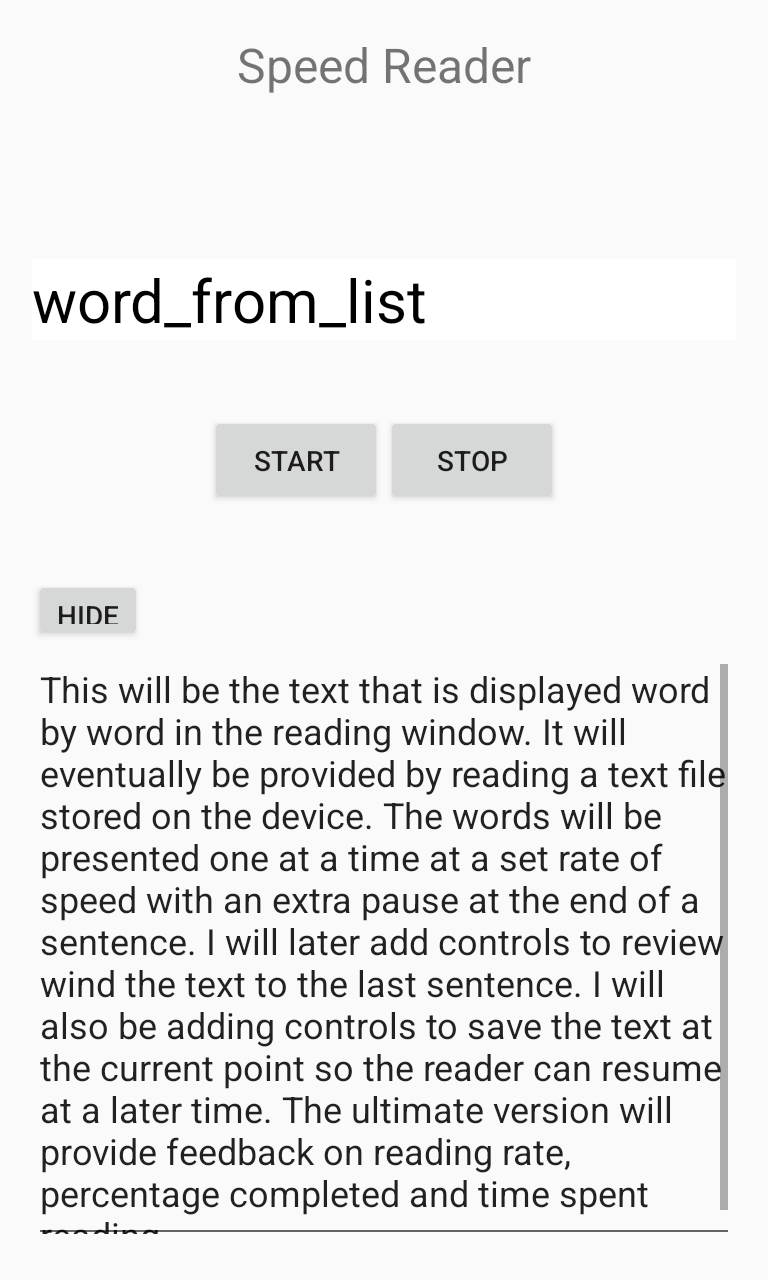
Repository: hdemby/workspace
Layout: SpeedReader/res/layout/activity_main.xml
These files come from the project's save history. The layout is drawn as it stood at one moment and after the next save; the edit follows.
It is drawn on a 768 x 1280 px phone screen (xhdpi) without system bars, with theme AppTheme; the app's code is not run. The app's manifest (not shown) leaves right-to-left support off. So textAlignment, textDirection and layoutDirection are ignored, and left and right values win over start and end ones.

Above is the layout before, as saved 2014-12-03 19:02:20.

### SpeedReader/res/layout/activity_main.xml
<RelativeLayout xmlns:android="http://schemas.android.com/apk/res/android"
    xmlns:tools="http://schemas.android.com/tools"
    android:layout_width="wrap_content"
    android:layout_height="wrap_content"
    android:paddingBottom="@dimen/activity_vertical_margin"
    android:paddingLeft="@dimen/activity_horizontal_margin"
    android:paddingRight="@dimen/activity_horizontal_margin"
    android:paddingTop="@dimen/activity_vertical_margin"
    tools:context="coursera.speedreader.MainActivity" >

    <LinearLayout
        android:id="@+id/linearLayout1"
        android:layout_width="wrap_content"
        android:layout_height="wrap_content"
        android:layout_centerHorizontal="true"
        android:layout_marginTop="154dp"
        android:orientation="vertical" >
    </LinearLayout>

    <LinearLayout
        android:id="@+id/linearLayout3"
        android:layout_width="wrap_content"
        android:layout_height="wrap_content"
        android:layout_alignTop="@+id/linearLayout1"
        android:layout_centerHorizontal="true"
        android:layout_marginTop="36dp" >

        <Button
            android:id="@+id/button1"
            android:layout_width="wrap_content"
            android:layout_height="wrap_content"
            android:layout_marginBottom="34dp"
            android:onClick="onStart"
            android:text="@string/start_btn" />

        <Button
            android:id="@+id/button2"
            android:layout_width="wrap_content"
            android:layout_height="wrap_content"
            android:text="@string/stop_btn" />
    </LinearLayout>

    <LinearLayout
        android:layout_width="match_parent"
        android:layout_height="wrap_content"
        android:layout_below="@+id/linearLayout3"
        android:layout_centerHorizontal="true"
        android:orientation="vertical" >

        <Button
            android:id="@+id/button3"
            style="?android:attr/buttonStyleSmall"
            android:layout_width="56dp"
            android:layout_height="34dp"
            android:text="@string/hide_btn" />

        <EditText
            android:id="@+id/editText2"
            android:layout_width="match_parent"
            android:layout_height="wrap_content"
            android:clickable="false"
            android:contentDescription="@string/app_name"
            android:ems="10"
            android:focusable="false"
            android:focusableInTouchMode="false"
            android:inputType="textMultiLine"
            android:scrollbars="vertical"
            android:text="@string/content_text" />

    </LinearLayout>

    <TextView
        android:id="@+id/TextView01"
        android:layout_width="match_parent"
        android:layout_height="wrap_content"
        android:layout_above="@+id/linearLayout3"
        android:layout_alignParentStart="true"
        android:layout_centerHorizontal="true"
        android:layout_toStartOf="@dimen/activity_horizontal_margin"
        android:background="#ffffffff"
        android:text="@string/window_word"
        android:textColor="#ff000000"
        android:textSize="30sp" />

    <TextView
        android:id="@+id/textView1"
        android:layout_width="wrap_content"
        android:layout_height="wrap_content"
        android:layout_alignParentTop="true"
        android:layout_centerHorizontal="true"
        android:text="@string/app_name"
        android:textSize="24sp" />

</RelativeLayout>

### SpeedReader/res/values/strings.xml
<?xml version="1.0" encoding="utf-8"?>
<resources>

    <string name="app_name">Speed Reader</string>
    <string name="hello_world">Hello world!</string>
    <string name="action_settings">Settings</string>
    <string name="window_word">word_from_list</string>
    <string name="content_text">This will be the text that is displayed word by word in the reading window.
        It will eventually be provided by reading a text file stored on the device.
        The words will be presented one at a time at a set rate of speed with an extra pause at the end
        of a sentence. I will later add controls to review wind the text to the last sentence.
        I will also be adding controls to save the text at the current point so the reader can
        resume at a later time. The ultimate version will provide feedback on reading rate,
        percentage completed and time spent reading. </string>
    <string name="start_btn">Start</string>
    <string name="stop_btn">Stop</string>
    <string name="hide_btn">Hide</string>

</resources>

Loaded but not shown: SpeedReader/res/values/styles.xml (common file); SpeedReader/res/values-v11/styles.xml (common file); SpeedReader/res/values-v14/styles.xml (common file); SpeedReader/res/values/dimens.xml (common file); SpeedReader/res/values-w820dp/dimens.xml (common file)

After the next save:
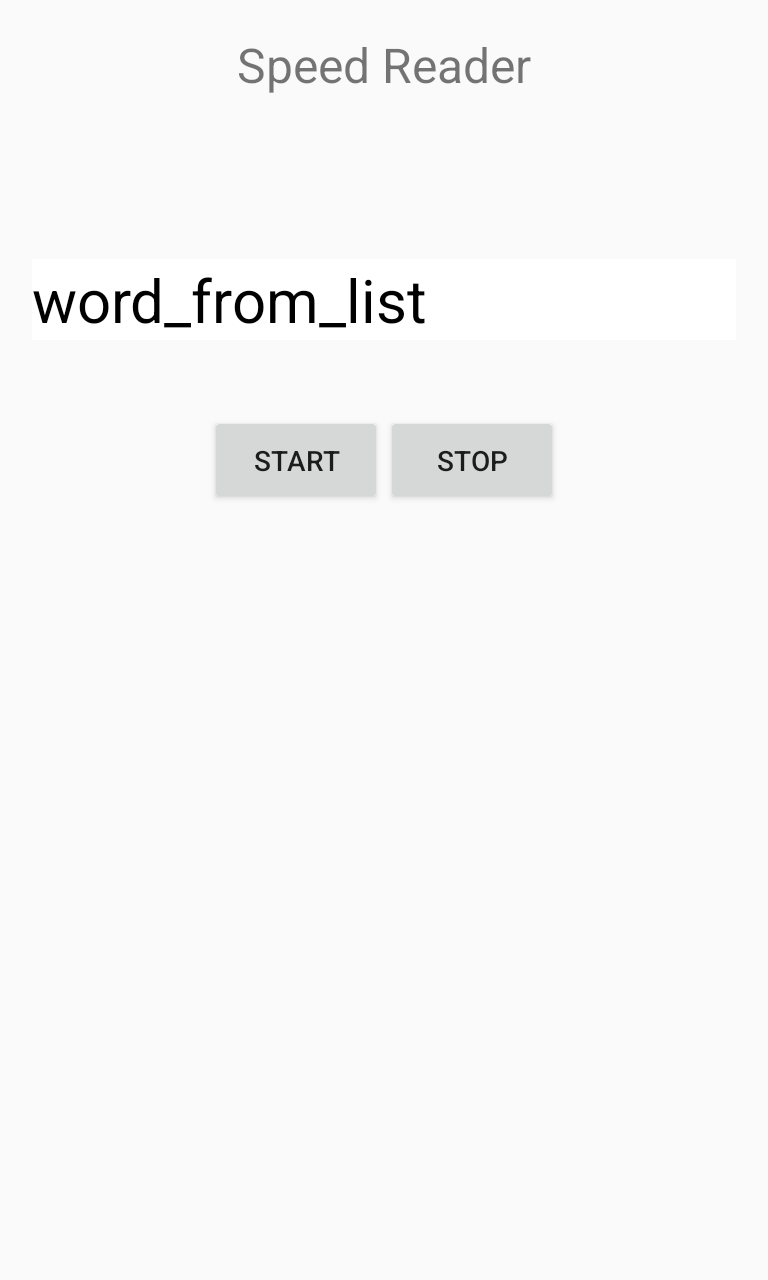
Saved 4 min 31 s later.
--- a/SpeedReader/res/layout/activity_main.xml
+++ b/SpeedReader/res/layout/activity_main.xml
@@ -47,26 +47,6 @@
         android:layout_centerHorizontal="true"
         android:orientation="vertical" >
 
-        <Button
-            android:id="@+id/button3"
-            style="?android:attr/buttonStyleSmall"
-            android:layout_width="56dp"
-            android:layout_height="34dp"
-            android:text="@string/hide_btn" />
-
-        <EditText
-            android:id="@+id/editText2"
-            android:layout_width="match_parent"
-            android:layout_height="wrap_content"
-            android:clickable="false"
-            android:contentDescription="@string/app_name"
-            android:ems="10"
-            android:focusable="false"
-            android:focusableInTouchMode="false"
-            android:inputType="textMultiLine"
-            android:scrollbars="vertical"
-            android:text="@string/content_text" />
-
     </LinearLayout>
 
     <TextView
